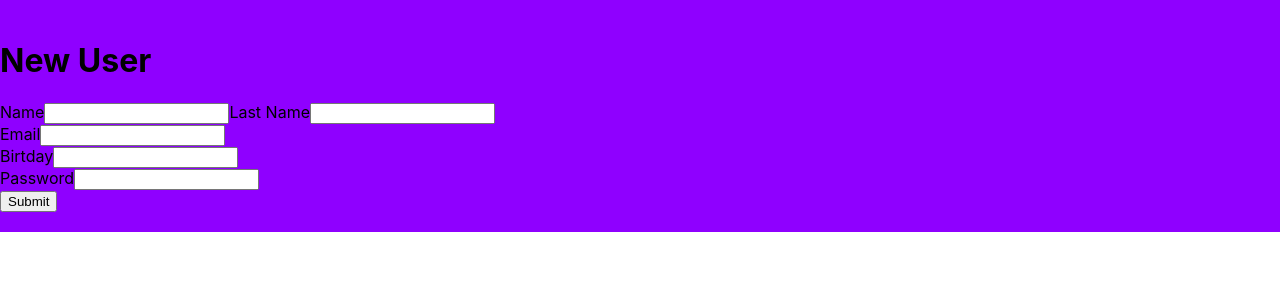
Repository: RobertAries28/CrudUsuarios
Page: /
An editor plug-in stored every save of this project. The page is shown before and after the next save, followed by the edit.
The browser window is 1280 px wide. The pictures show the whole page.
The page's requests for data from a server got no answer. The project was rebuilt for these pictures with package versions that can differ from the ones it lists, and the page was loaded fresh each time. No one was signed in, and anything a server would have sent is missing.

Above is the page before, as saved 2022-05-23 18:58:16.

After the next save:
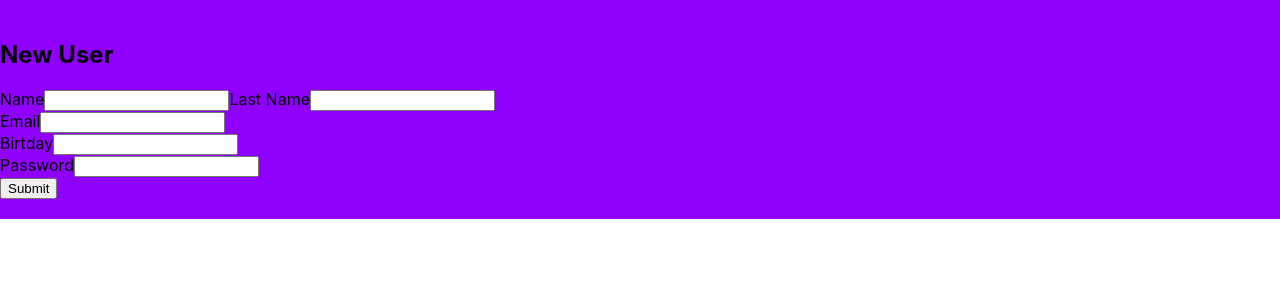
Saved 31 s later.
--- a/src/UsersForm.js
+++ b/src/UsersForm.js
@@ -54,7 +54,7 @@ const UsersForm = ({addUsers,updateUsers,userEdit,selectUsers}) => {
         return (
             <div>
                 <form onSubmit={submit}>
-                  <h1>New User</h1>
+                  <h2>New User</h2>
                 <div>
                       <label htmlFor='name'>Name</label>
                       <input type="text"
